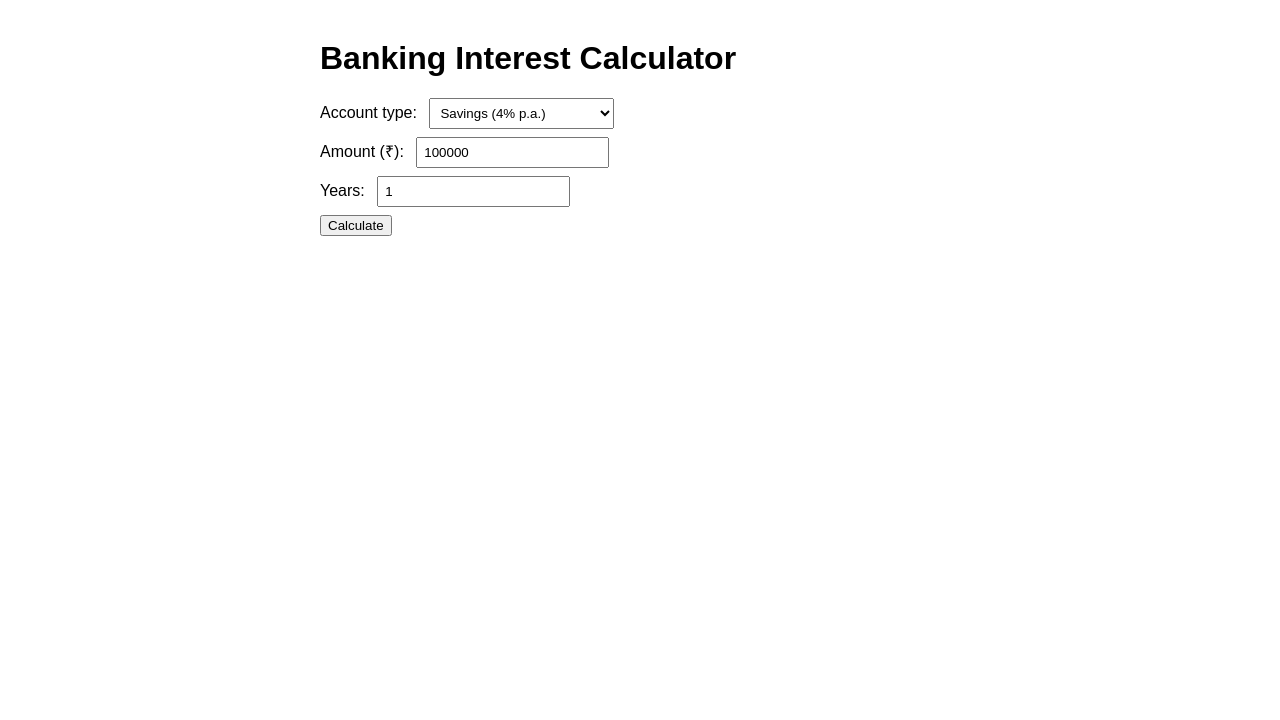
Repository: AdityaTech-Pro/FullStackWithBridgelabz
Page: JavaScript/Assignment1/Banking Interest Calculator/index.html
An editor plug-in stored every save of this project. The page is shown before and after the next save, followed by the edit.
The browser window is 1280 px wide. The pictures show the whole page.

Above is the page before, as saved 2025-11-11 10:41:35.
Console error: SyntaxError: Unexpected token '?'

### JavaScript/Assignment1/Banking Interest Calculator/index.html
<!doctype html>
<html lang="en">

<head>
    <meta charset="utf-8">
    <meta name="viewport" content="width=device-width,initial-scale=1">
    <title>Banking Interest Calculator</title>
    <style>
        body {
            font-family: Arial, sans-serif;
            max-width: 640px;
            margin: 40px auto;
            padding: 0 16px;
        }

        label {
            display: block;
            margin: 8px 0;
        }

        input,
        select {
            padding: 6px;
            margin-left: 8px;
        }

        #result {
            margin-top: 16px;
            font-weight: 600;
        }
    </style>
</head>

<body>
    <h1>Banking Interest Calculator</h1>

    <label>
    Account type:
    <select id="accountType">
      <option value="savings">Savings (4% p.a.)</option>
      <option value="fixed">Fixed Deposit (6.5% p.a.)</option>
    </select>
  </label>

    <label>
    Amount (₹):
    <input id="amount" type="number" step="0.01" value="100000" />
  </label>

    <label>
    Years:
    <input id="years" type="number" step="1" value="1" />
  </label>

    <button id="calc">Calculate</button>

    <div id="result" aria-live="polite"></div>

    <script src="script.js"></script>
</body>

</html>

### JavaScript/Assignment1/Banking Interest Calculator/script.js
// Banking Interest Calculator
// This file provides a calculateTotal(accountType, amount, years) function
// and wires a small browser UI when running in a browser. When run under Node,
// it runs a couple of sample tests and prints results to console.

let accountType, amount, years;

function calculateTotal(accountTypeInput, amountInput, yearsInput) {
    // Use provided args or fallback to outer variables
    const acctRaw = (accountTypeInput ? ? accountType ? ? '').toString().trim().toLowerCase();
    const amountVal = Number(amountInput ? ? amount);
    const yearsVal = Number(yearsInput ? ? years);

    if (!acctRaw) throw new Error('accountType is required ("savings" or "fixed").');
    if (!isFinite(amountVal) || amountVal <= 0) throw new Error('amount must be a positive number.');
    if (!isFinite(yearsVal) || yearsVal <= 0) throw new Error('years must be a positive number.');

    // Determine base rate
    let rate;
    if (acctRaw === 'savings' || acctRaw === 'saving') rate = 4.0;
    else if (acctRaw === 'fixed' || acctRaw === 'fixed deposit' || acctRaw === 'fixed_deposit') rate = 6.5;
    else throw new Error('Unknown accountType. Use "savings" or "fixed" (or "fixed deposit").');

    // Bonus if amount > 100000
    if (amountVal > 100000) rate += 1.0; // +1% bonus

    const total = amountVal * Math.pow(1 + rate / 100, yearsVal);
    // Round to two decimals and return as number
    return Number(total.toFixed(2));
}

// Browser wiring: attach to DOM if present
if (typeof document !== 'undefined') {
    const btn = document.getElementById('calc');
    const result = document.getElementById('result');
    btn.addEventListener('click', () => {
        try {
            const acct = document.getElementById('accountType').value;
            const amt = Number(document.getElementById('amount').value);
            const yrs = Number(document.getElementById('years').value);
            const total = calculateTotal(acct, amt, yrs);
            result.textContent = `Final balance after ${yrs} year(s): ₹ ${total.toFixed(2)}`;
        } catch (err) {
            result.textContent = 'Error: ' + err.message;
        }
    });
}

// Node/test runner
if (typeof window === 'undefined' && typeof module !== 'undefined') {
    // Run quick sample tests and print results
    const samples = [
        { accountType: 'savings', amount: 50000, years: 2 },
        { accountType: 'fixed', amount: 150000, years: 3 },
        { accountType: 'savings', amount: 120000, years: 5 }
    ];

    console.log('Running sample calculations for Banking Interest Calculator:');
    for (const s of samples) {
        try {
            const total = calculateTotal(s.accountType, s.amount, s.years);
            console.log(`- ${s.accountType} | ₹${s.amount} | ${s.years}yr -> ₹${total.toFixed(2)}`);
        } catch (err) {
            console.error('Error for sample:', s, err.message);
        }
    }

    // Export for other Node code if required
    module.exports = { calculateTotal };
}

After the next save:
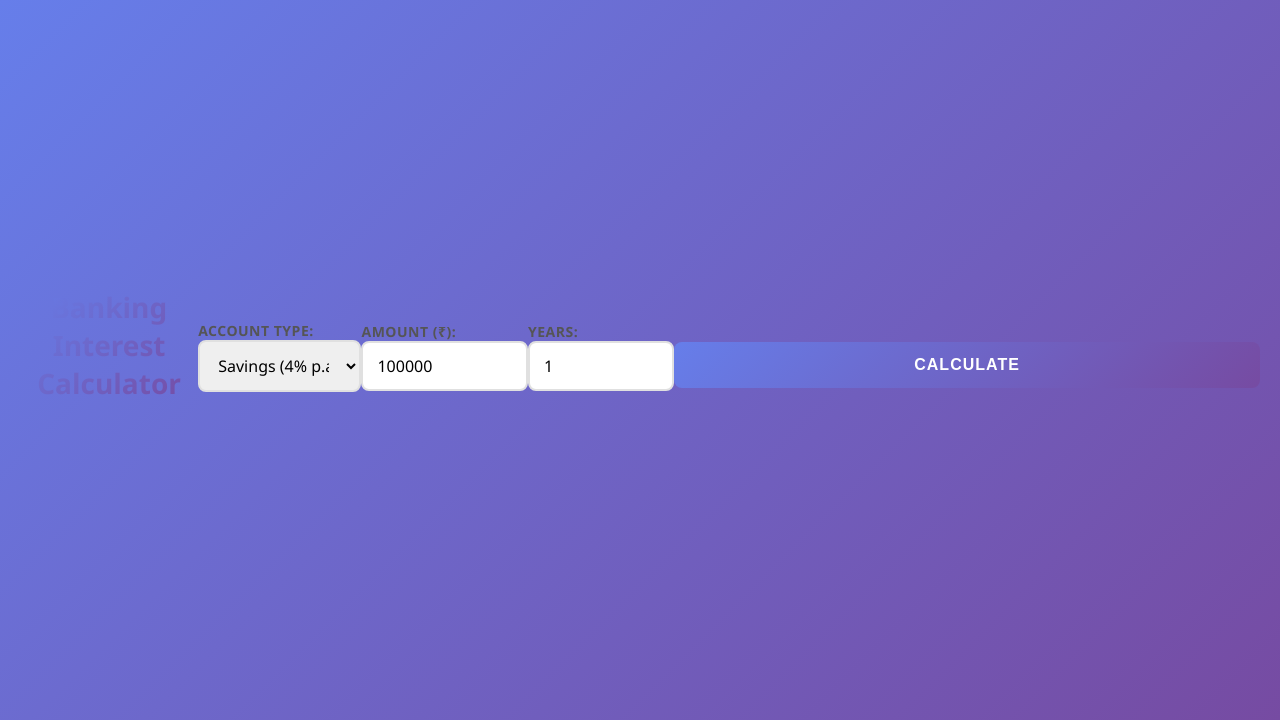
Saved 2 min 24 s later.
--- a/JavaScript/Assignment1/Banking Interest Calculator/index.html
+++ b/JavaScript/Assignment1/Banking Interest Calculator/index.html
@@ -6,27 +6,123 @@
     <meta name="viewport" content="width=device-width,initial-scale=1">
     <title>Banking Interest Calculator</title>
     <style>
+        * {
+            margin: 0;
+            padding: 0;
+            box-sizing: border-box;
+        }
+
         body {
-            font-family: Arial, sans-serif;
-            max-width: 640px;
-            margin: 40px auto;
-            padding: 0 16px;
+            font-family: 'Segoe UI', Tahoma, Geneva, Verdana, sans-serif;
+            background: linear-gradient(135deg, #667eea 0%, #764ba2 100%);
+            min-height: 100vh;
+            display: flex;
+            justify-content: center;
+            align-items: center;
+            padding: 20px;
+        }
+
+        .container {
+            background: white;
+            border-radius: 12px;
+            box-shadow: 0 20px 60px rgba(0, 0, 0, 0.3);
+            padding: 40px;
+            max-width: 500px;
+            width: 100%;
+        }
+
+        h1 {
+            color: #333;
+            margin-bottom: 30px;
+            text-align: center;
+            font-size: 28px;
+            background: linear-gradient(135deg, #667eea 0%, #764ba2 100%);
+            -webkit-background-clip: text;
+            -webkit-text-fill-color: transparent;
+            background-clip: text;
+        }
+
+        .form-group {
+            margin-bottom: 24px;
         }
 
         label {
             display: block;
-            margin: 8px 0;
+            margin-bottom: 8px;
+            font-weight: 600;
+            color: #555;
+            font-size: 14px;
+            text-transform: uppercase;
+            letter-spacing: 0.5px;
         }
 
         input,
         select {
-            padding: 6px;
-            margin-left: 8px;
+            width: 100%;
+            padding: 12px 14px;
+            border: 2px solid #e0e0e0;
+            border-radius: 8px;
+            font-size: 16px;
+            transition: all 0.3s ease;
+            font-family: inherit;
+        }
+
+        input:focus,
+        select:focus {
+            outline: none;
+            border-color: #667eea;
+            box-shadow: 0 0 0 3px rgba(102, 126, 234, 0.1);
+            transform: translateY(-2px);
+        }
+
+        input:hover,
+        select:hover {
+            border-color: #667eea;
+        }
+
+        button {
+            width: 100%;
+            padding: 14px;
+            background: linear-gradient(135deg, #667eea 0%, #764ba2 100%);
+            color: white;
+            border: none;
+            border-radius: 8px;
+            font-size: 16px;
+            font-weight: 700;
+            cursor: pointer;
+            transition: all 0.3s ease;
+            text-transform: uppercase;
+            letter-spacing: 1px;
+            margin-top: 10px;
+        }
+
+        button:hover {
+            transform: translateY(-3px);
+            box-shadow: 0 10px 30px rgba(102, 126, 234, 0.4);
+        }
+
+        button:active {
+            transform: translateY(-1px);
         }
 
         #result {
-            margin-top: 16px;
+            margin-top: 30px;
+            padding: 20px;
+            background: #f0f7ff;
+            border-left: 4px solid #667eea;
+            border-radius: 8px;
             font-weight: 600;
+            color: #333;
+            font-size: 18px;
+            min-height: 50px;
+            display: flex;
+            align-items: center;
+            justify-content: center;
+            text-align: center;
+        }
+
+        #result:empty {
+            display: none;
         }
     </style>
 </head>
